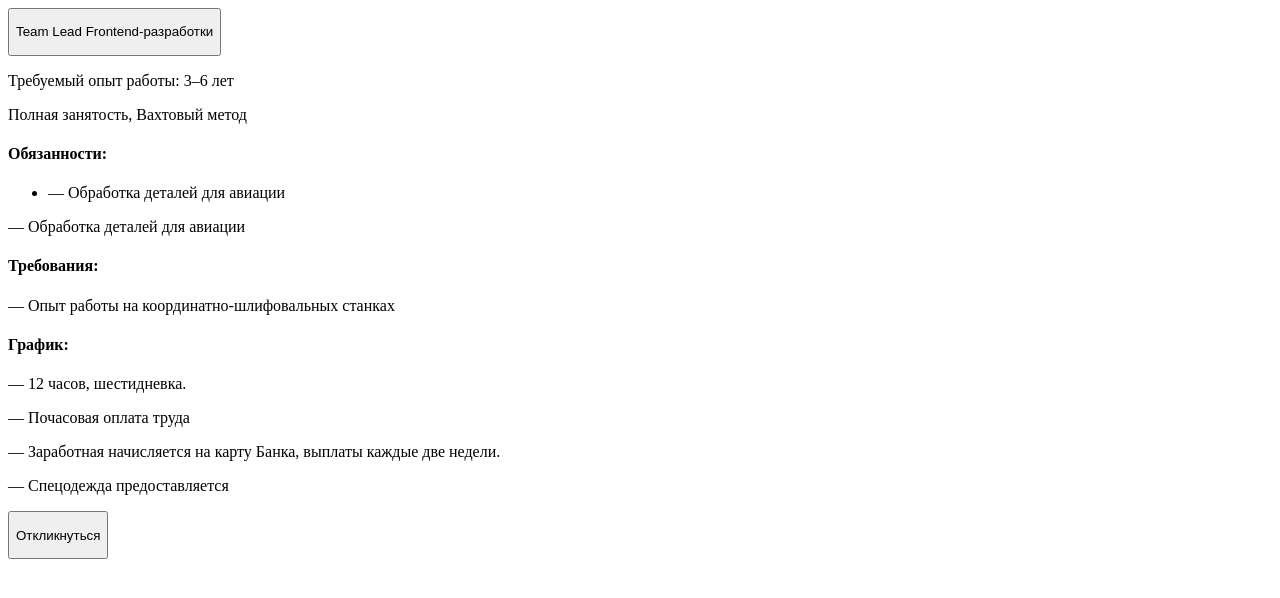
Repository: the-ASAP/AsapVerstka
Page: src/components/accordion.html
These files come from the project's save history. The page is drawn as it stood at one moment and after the next save; the edit follows.
The browser window is 1280 px wide. The pictures show the whole page.

Above is the page before, as saved 2021-07-27 17:03:02.

After the next save:
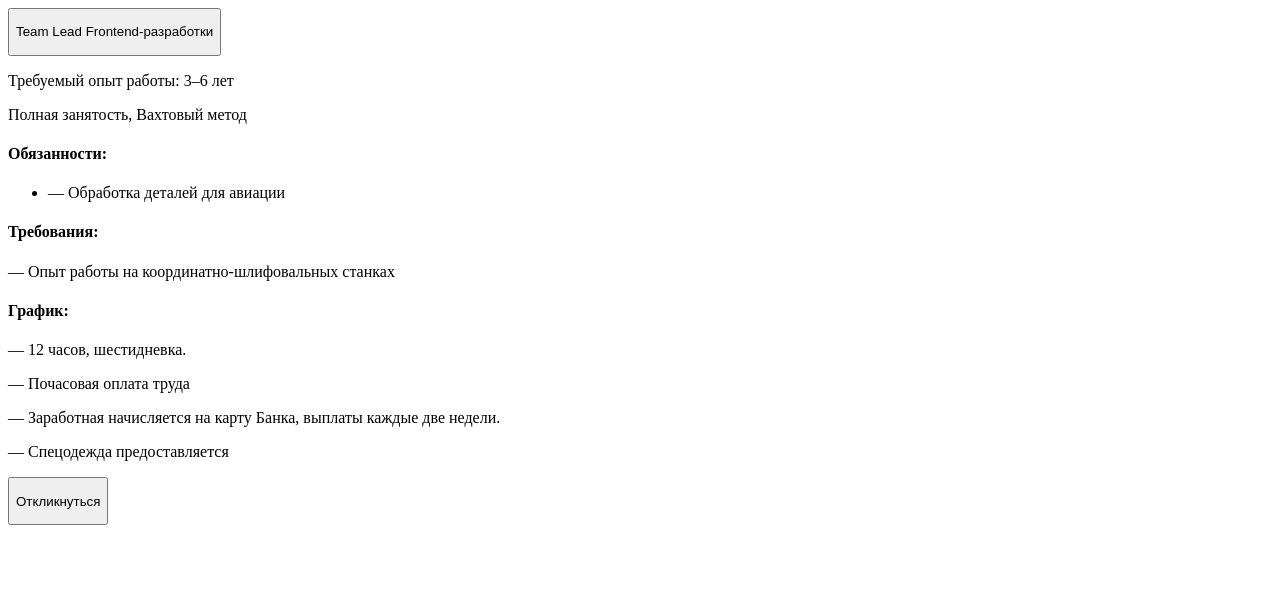
Saved 6 s later.
--- a/src/components/accordion.html
+++ b/src/components/accordion.html
@@ -14,7 +14,6 @@
                 — Обработка деталей для авиации
             </li>
         </ul>
-        <p class="accordion__info__secondText__desc">— Обработка деталей для авиации</p>
         <h4 class="accordion__subtitle">Требования:</h4>
         <p class="accordion__info__secondText__desc">— Опыт работы на координатно-шлифовальных станках</p>
         <h4 class="accordion__subtitle">График:</h4>
